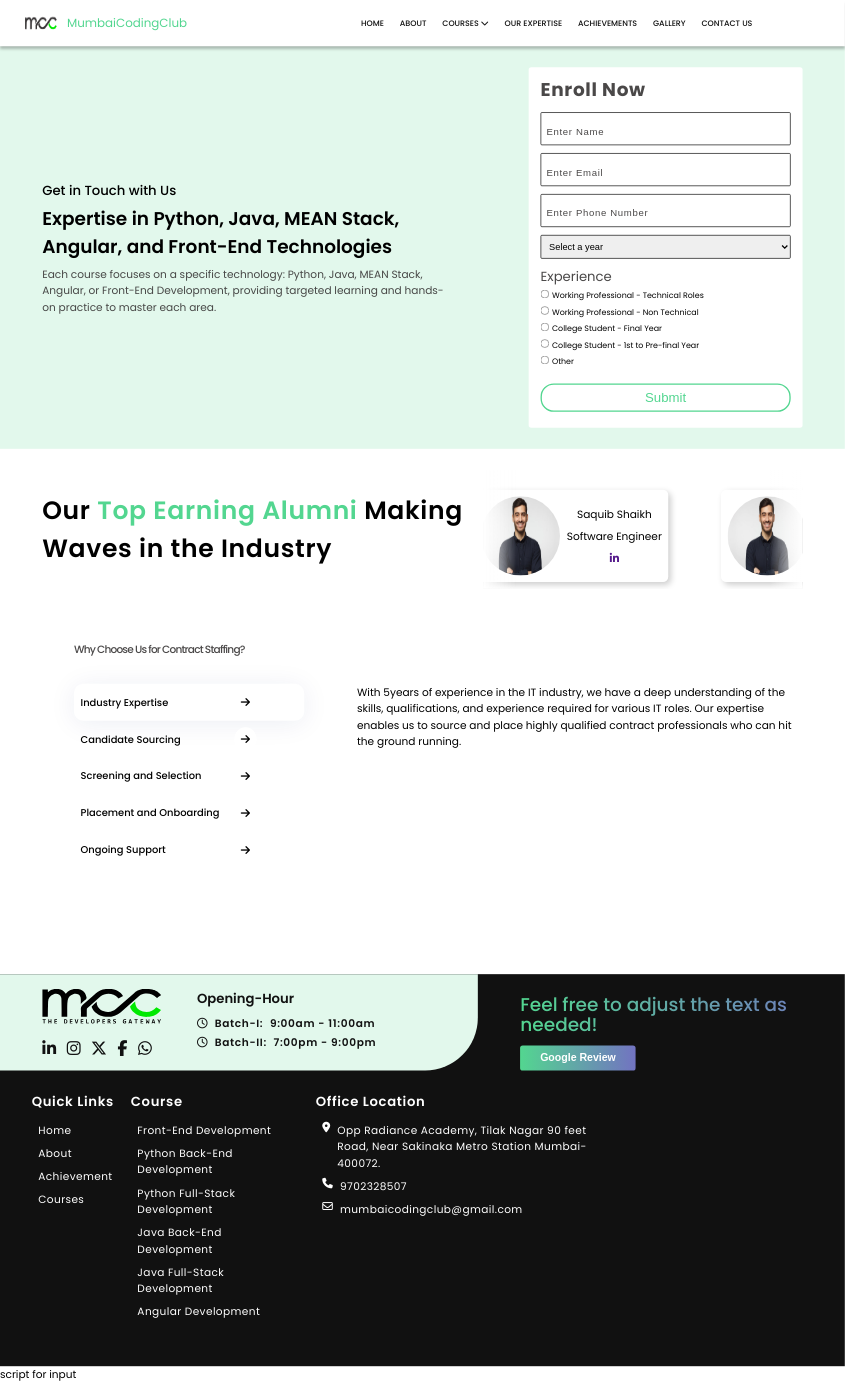
Repository: msmsa2001/mcc-theme
Page: contact.html
An editor plug-in stored every save of this project. The page is shown before and after the next save, followed by the edit.
The browser window is 1280 px wide. The pictures show the whole page, at 66% of full size.
Pictures or frames that could not be fetched are drawn as grey boxes.

Above is the page before, as saved 2024-07-26 03:23:15.
Console error: TypeError: Cannot read properties of null (reading 'querySelector')

After the next save:
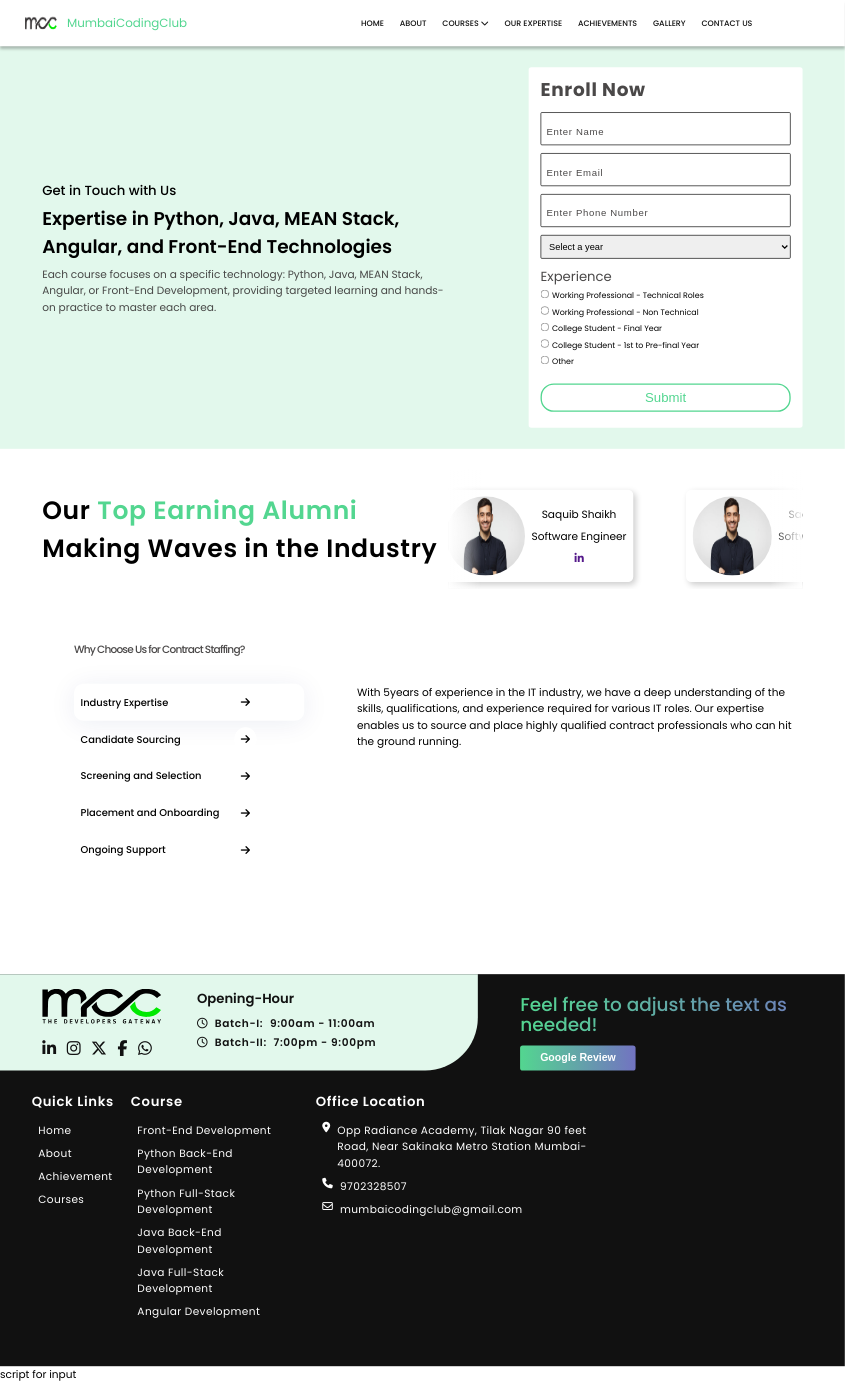
Saved 13 s later.
--- a/contact.html
+++ b/contact.html
@@ -95,7 +95,7 @@
 
     <div class="container2">
         <div class="title">
-            <p>Our <span style="color: var(--text-color);">Top Earning Alumni</span> Making Waves in the Industry</p>
+            <p>Our <span style="color: var(--text-color);">Top Earning Alumni<br></span> Making Waves in the Industry</p>
         </div>
     <div class="logos">
         <div class="logos-slide">
